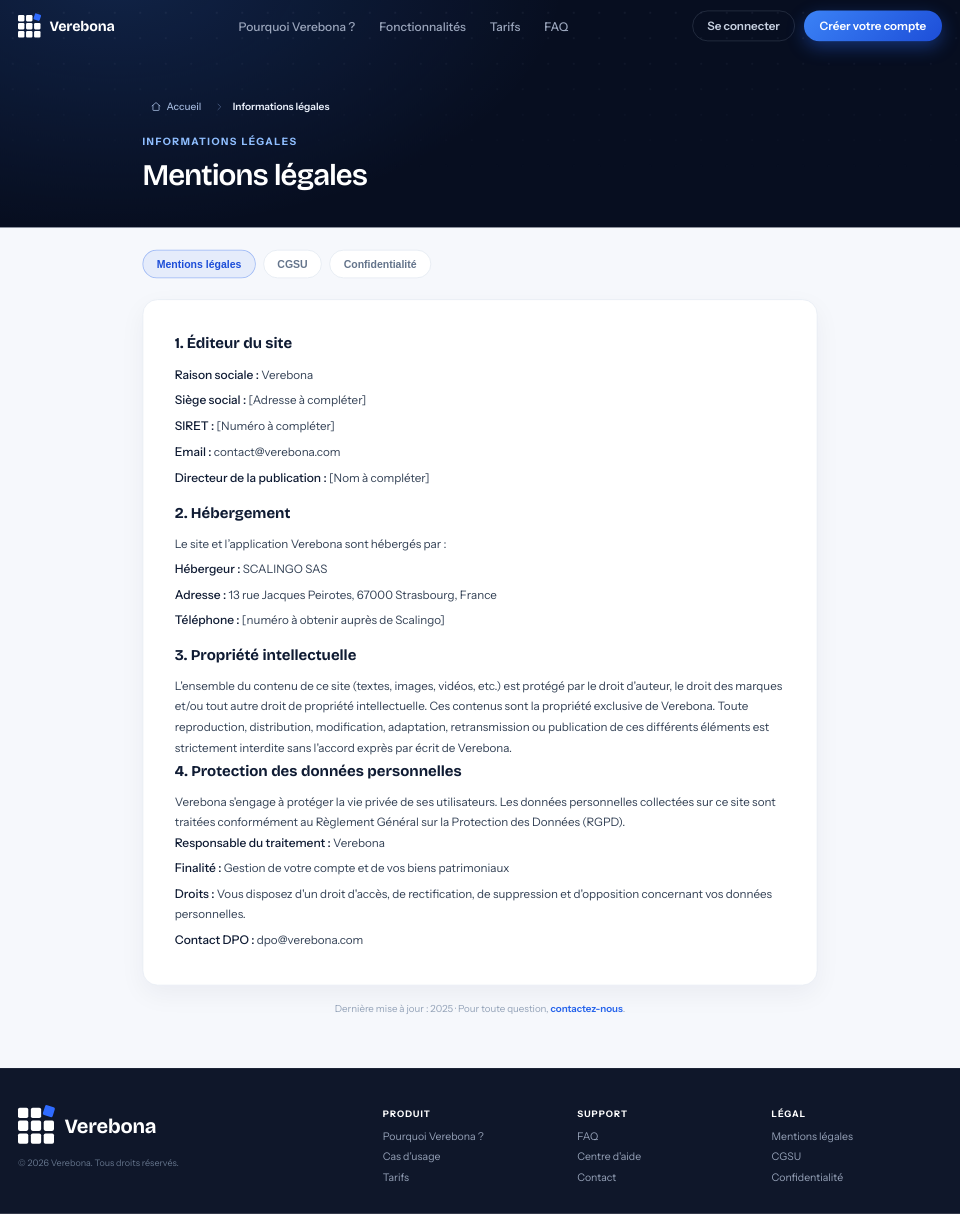
Repository: AdminVerebona/verebona-public
Page: /mentions-legales
An editor plug-in stored every save of this project. The page is shown before and after the next save, followed by the edit.
The browser window is 1280 px wide. The pictures show the whole page, at 75% of full size.
The project was rebuilt for these pictures with package versions that can differ from the ones it lists, and the page was loaded fresh each time. Also part of the build but not shown: next.config.mjs, vite.config.js, vite.config.ts, src/composables/useLanding.ts, src/sections/HeroSection.vue, src/sections/WhySection.vue, src/sections/UseCasesSection.vue, src/sections/FeaturesSection.vue and 6 more.

Above is the page before, as saved 2026-07-10 15:17:57.

### index.html
<!doctype html>
<html lang="fr">
  <head>
    <meta charset="UTF-8" />
    <meta name="viewport" content="width=device-width, initial-scale=1.0" />
    <title>Verebona — Centralisez, organisez, valorisez vos biens</title>
    <meta
      name="description"
      content="Verebona centralise vos biens, documents et échéances pour les retrouver facilement, anticiper les dates importantes et valoriser vos biens le moment venu."
    />
  </head>
  <body>
    <div id="app"></div>
    <script type="module" src="/src/main.ts"></script>
  </body>
</html>

### src/main.ts
import { createApp } from 'vue'
import App from './App.vue'
import router from './router'
import { vHover } from './directives/hover'
import './style.css'

createApp(App)
  .use(router)
  .directive('hover', vHover)
  .mount('#app')

### src/App.vue
<template>
  <div style="background:#070E20;color:#EAF0FB;overflow-x:hidden;min-height:100vh">
    <AppHeader />
    <router-view />
    <AppFooter />
  </div>
</template>

<script setup lang="ts">
import { onMounted, watch, nextTick } from 'vue'
import { useRoute } from 'vue-router'
import AppHeader from './components/AppHeader.vue'
import AppFooter from './components/AppFooter.vue'
import { useScrollReveal } from './composables/useScrollReveal'

const route = useRoute()
const { scan } = useScrollReveal()

onMounted(() => { scan() })

// Re-scan reveal targets whenever the route (page) changes.
watch(
  () => route.fullPath,
  () => { nextTick(() => setTimeout(scan, 60)) },
)
</script>

### src/router/index.ts
import { createRouter, createWebHistory } from 'vue-router'
import HomeView from '../views/HomeView.vue'

const routes = [
  { path: '/', name: 'home', component: HomeView },
  { path: '/aide', name: 'help', component: () => import('../views/HelpView.vue') },
  { path: '/contact', name: 'contact', component: () => import('../views/ContactView.vue') },
  { path: '/mentions-legales', name: 'legal-mentions', component: () => import('../views/LegalView.vue') },
  { path: '/cgu', name: 'legal-cgu', component: () => import('../views/LegalView.vue') },
  { path: '/confidentialite', name: 'legal-confid', component: () => import('../views/LegalView.vue') },
  { path: '/:pathMatch(.*)*', name: 'not-found', component: () => import('../views/NotFoundView.vue') },
]

const router = createRouter({
  history: createWebHistory(),
  routes,
  scrollBehavior(to) {
    if (to.hash) return { el: to.hash, behavior: 'smooth' }
    return { top: 0 }
  },
})

export default router

### src/directives/hover.ts
import type { Directive } from 'vue'

/**
 * v-hover — applies a set of inline styles while the pointer is over the
 * element, and restores the previous values on leave. Reproduces the
 * `style-hover` behaviour of the design prototype.
 *
 * Usage:  <a v-hover="{ color: '#fff', transform: 'translateY(-1px)' }">
 */
type HoverStyles = Record<string, string>

interface HoverEl extends HTMLElement {
  __hoverEnter?: () => void
  __hoverLeave?: () => void
}

export const vHover: Directive<HoverEl, HoverStyles> = {
  mounted(el, binding) {
    const styles = binding.value || {}
    const original: HoverStyles = {}

    const enter = () => {
      for (const key in styles) {
        original[key] = (el.style as any)[key]
        ;(el.style as any)[key] = styles[key]
      }
    }
    const leave = () => {
      for (const key in styles) {
        ;(el.style as any)[key] = original[key] || ''
      }
    }

    el.__hoverEnter = enter
    el.__hoverLeave = leave
    el.addEventListener('mouseenter', enter)
    el.addEventListener('mouseleave', leave)
  },
  unmounted(el) {
    if (el.__hoverEnter) el.removeEventListener('mouseenter', el.__hoverEnter)
    if (el.__hoverLeave) el.removeEventListener('mouseleave', el.__hoverLeave)
  },
}

### src/composables/useScrollReveal.ts
/**
 * Scroll-reveal: adds `.vb-in` to `.vb-reveal` / `.vb-rgroup` elements as they
 * enter the viewport (staggering the children of a group). Ported from the
 * prototype's IntersectionObserver logic. Honours prefers-reduced-motion and
 * has a safety timeout so content is never left hidden.
 */
let io: IntersectionObserver | null = null

const reduce =
  typeof window !== 'undefined' &&
  !!window.matchMedia &&
  window.matchMedia('(prefers-reduced-motion: reduce)').matches

if (!reduce && typeof document !== 'undefined') {
  document.documentElement.classList.add('vb-anim')
}

function revealAll() {
  document.querySelectorAll('.vb-reveal').forEach((e) => e.classList.add('vb-in'))
  document.querySelectorAll('.vb-rgroup > *').forEach((e) => e.classList.add('vb-in'))
}

function ensureObserver() {
  if (io || reduce || typeof window === 'undefined' || !('IntersectionObserver' in window)) return
  io = new IntersectionObserver(
    (entries) => {
      entries.forEach((entry) => {
        if (!entry.isIntersecting) return
        const el = entry.target as HTMLElement
        io!.unobserve(el)
        if (el.classList.contains('vb-rgroup')) {
          Array.from(el.children).forEach((c, i) => {
            ;(c as HTMLElement).style.transitionDelay = i * 90 + 'ms'
            c.classList.add('vb-in')
          })
        } else {
          el.classList.add('vb-in')
        }
      })
    },
    { threshold: 0.12, rootMargin: '0px 0px -8% 0px' },
  )
}

export function useScrollReveal() {
  function scan() {
    if (reduce || typeof window === 'undefined' || !('IntersectionObserver' in window)) {
      revealAll()
      return
    }
    ensureObserver()
    document.querySelectorAll('.vb-reveal, .vb-rgroup').forEach((el) => io!.observe(el))
    // Safety net: never leave content hidden.
    window.setTimeout(revealAll, 2200)
  }
  return { scan }
}

### src/views/LegalView.vue
<template>
<section style="position:relative;padding:128px 24px 48px;overflow:hidden;background:radial-gradient(1000px 560px at 12% -10%,rgba(59,130,246,.18),transparent 60%),#070E20">
  <div style="position:absolute;inset:0;background-image:radial-gradient(rgba(148,163,184,.09) 1px,transparent 1px);background-size:34px 34px;-webkit-mask-image:linear-gradient(to bottom,#000,transparent 85%);mask-image:linear-gradient(to bottom,#000,transparent 85%);pointer-events:none"></div>
  <div style="max-width:900px;margin:0 auto;position:relative">
    <nav aria-label="Fil d'Ariane" style="margin-bottom:24px"><ol style="display:flex;align-items:center;gap:6px;list-style:none;margin:0;padding:0;font-size:13.5px"><li style="display:flex;align-items:center"><a href="#" @click.prevent="goHome" style="display:inline-flex;align-items:center;gap:7px;color:#9FB4D8;font-weight:500;padding:6px 11px;border-radius:9px;cursor:pointer;transition:color .15s,background .15s" v-hover="{color:'#fff',background:'rgba(255,255,255,.06)'}"><svg width="14" height="14" viewBox="0 0 24 24" fill="none" stroke="currentColor" stroke-width="1.9" stroke-linecap="round" stroke-linejoin="round"><path d="M3 10.5 12 3l9 7.5"/><path d="M5 9.5V20a1 1 0 0 0 1 1h12a1 1 0 0 0 1-1V9.5"/></svg>Accueil</a></li><li aria-hidden="true" style="display:flex;color:#42557A"><svg width="15" height="15" viewBox="0 0 24 24" fill="none" stroke="currentColor" stroke-width="2" stroke-linecap="round" stroke-linejoin="round"><path d="M9 6l6 6-6 6"/></svg></li><li aria-current="page" style="color:#EAF0FB;font-weight:600;padding:6px 4px">{{ crumbLabel }}</li></ol></nav>
    <div style="font-size:13.5px;letter-spacing:.15em;text-transform:uppercase;font-weight:800;color:#8FBEFF;margin-bottom:16px">Informations légales</div>
    <h1 style="font-size:40px;line-height:1.08;font-weight:600;letter-spacing:-.025em;color:#fff">{{ legalTitle }}</h1>
  </div>
</section>
<section style="background:#F6F8FC;padding:30px 24px 72px">
  <div style="max-width:900px;margin:0 auto">
    <div style="display:flex;flex-wrap:wrap;gap:10px;margin-bottom:28px">
      <button type="button" :style="legalMentionsStyle" @click.prevent="goMentions">Mentions légales</button>
      <button type="button" :style="legalCGUStyle" @click.prevent="goCGU">CGSU</button>
      <button type="button" :style="legalConfidStyle" @click.prevent="goConfid">Confidentialité</button>
    </div>
    <div style="background:#fff;border:1px solid #E6EBF3;border-radius:20px;padding:40px 42px;box-shadow:0 12px 34px rgba(15,27,51,.05)">
      <template v-if="isMentions">
        <div style="font-size:15.5px;line-height:1.75;color:#334155">
          <h2 style="font-size:20px;font-weight:700;color:#0F1B33;font-family:'Bricolage Grotesque',sans-serif;margin:0 0 10px">1. Éditeur du site</h2>
          <p style="margin:0 0 6px"><span style="font-size:16px;font-weight:500;color:#0F1B33">Raison sociale :</span> Verebona</p>
          <p style="margin:0 0 6px"><span style="font-size:16px;font-weight:500;color:#0F1B33">Siège social :</span> [Adresse à compléter]</p>
          <p style="margin:0 0 6px"><span style="font-size:16px;font-weight:500;color:#0F1B33">SIRET :</span> [Numéro à compléter]</p>
          <p style="margin:0 0 6px"><span style="font-size:16px;font-weight:500;color:#0F1B33">Email :</span> contact@verebona.com</p>
          <p style="margin:0 0 16px"><span style="font-size:16px;font-weight:500;color:#0F1B33">Directeur de la publication :</span> [Nom à compléter]</p>
          <h2 style="font-size:20px;font-weight:700;color:#0F1B33;font-family:'Bricolage Grotesque',sans-serif;margin:0 0 10px">2. Hébergement</h2>
          <p style="margin:0 0 6px">Le site et l’application Verebona sont hébergés par : </p>
          <p style="margin:0 0 6px"><span style="font-size:16px;font-weight:500;color:#0F1B33">Hébergeur :</span> SCALINGO SAS</p>
          <p style="margin:0 0 6px"><span style="font-size:16px;font-weight:500;color:#0F1B33">Adresse :</span> 13 rue Jacques Peirotes, 67000 Strasbourg, France</p>
          <p style="margin:0 0 16px"><span style="font-size:16px;font-weight:500;color:#0F1B33">Téléphone :</span> [numéro à obtenir auprès de Scalingo]</p>
          <h2 style="font-size:20px;font-weight:700;color:#0F1B33;font-family:'Bricolage Grotesque',sans-serif;margin:0 0 10px">3. Propriété intellectuelle</h2>
          <p style="margin:0">L'ensemble du contenu de ce site (textes, images, vidéos, etc.) est protégé par le droit d'auteur, le droit des marques et/ou tout autre droit de propriété intellectuelle. Ces contenus sont la propriété exclusive de Verebona. Toute reproduction, distribution, modification, adaptation, retransmission ou publication de ces différents éléments est strictement interdite sans l'accord exprès par écrit de Verebona.</p>
          <h2 style="font-size:20px;font-weight:700;color:#0F1B33;font-family:'Bricolage Grotesque',sans-serif;margin:0 0 10px">4. Protection des données personnelles</h2>
          <p style="margin:0">Verebona s'engage à protéger la vie privée de ses utilisateurs. Les données personnelles collectées sur ce site sont traitées conformément au Règlement Général sur la Protection des Données (RGPD).</p>
          <p style="margin:0 0 6px"><span style="font-size:16px;font-weight:500;color:#0F1B33">Responsable du traitement :</span> Verebona</p>
          <p style="margin:0 0 6px"><span style="font-size:16px;font-weight:500;color:#0F1B33">Finalité  :</span> Gestion de votre compte et de vos biens patrimoniaux</p>
          <p style="margin:0 0 6px"><span style="font-size:16px;font-weight:500;color:#0F1B33">Droits  :</span> Vous disposez d'un droit d'accès, de rectification, de suppression et d'opposition concernant vos données personnelles.</p>
          <p style="margin:0 0 6px"><span style="font-size:16px;font-weight:500;color:#0F1B33">Contact DPO :</span> dpo@verebona.com</p>
        </div>
      </template>
      <template v-if="isCGU">
        <div style="font-size:15.5px;line-height:1.75;color:#334155">
          <h2 style="font-size:20px;font-weight:700;color:#0F1B33;font-family:'Bricolage Grotesque',sans-serif;margin:0 0 10px">1. Objet</h2>
          <p style="margin:0 0 22px">Les présentes conditions générales de service et d'utilisation (CGSU) définissent les modalités d'accès et d'utilisation de la plateforme Verebona, service de centralisation et d'organisation documentaire du patrimoine.</p>
          <h2 style="font-size:20px;font-weight:700;color:#0F1B33;font-family:'Bricolage Grotesque',sans-serif;margin:0 0 10px">2. Compte et abonnement</h2>
          <p style="margin:0 0 22px">L'accès au service nécessite la création d'un compte et la souscription d'une offre. L'utilisateur s'engage à fournir des informations exactes et à préserver la confidentialité de ses identifiants.</p>
          <h2 style="font-size:20px;font-weight:700;color:#0F1B33;font-family:'Bricolage Grotesque',sans-serif;margin:0 0 10px">3. Nature du service</h2>
          <p style="margin:0 0 22px">Verebona est une plateforme d'organisation. Les documents importés ne sont ni certifiés, ni validés, ni garantis juridiquement. L'utilisateur reste seul responsable de l'exactitude des informations qu'il enregistre.</p>
          <h2 style="font-size:20px;font-weight:700;color:#0F1B33;font-family:'Bricolage Grotesque',sans-serif;margin:0 0 10px">4. Responsabilités</h2>
          <p style="margin:0 0 22px">Verebona met en œuvre les moyens raisonnables pour assurer la disponibilité et la sécurité du service, sans obligation de résultat concernant une disponibilité ininterrompue.</p>
          <h2 style="font-size:20px;font-weight:700;color:#0F1B33;font-family:'Bricolage Grotesque',sans-serif;margin:0 0 10px">5. Résiliation</h2>
          <p style="margin:0">L'utilisateur peut résilier son abonnement à tout moment. Des modalités de récupération des données sont prévues afin d'éviter tout verrouillage à la fin du contrat.</p>
        </div>
      </template>
      <template v-if="isConfid">
        <div style="font-size:15.5px;line-height:1.75;color:#334155">
          <h2 style="font-size:20px;font-weight:700;color:#0F1B33;font-family:'Bricolage Grotesque',sans-serif;margin:0 0 10px">Données collectées</h2>
          <p style="margin:0 0 22px">Verebona collecte les données nécessaires au fonctionnement du service : informations de compte, contenus importés (fiches de biens, documents) et données d'usage strictement utiles à l'amélioration du service.</p>
          <h2 style="font-size:20px;font-weight:700;color:#0F1B33;font-family:'Bricolage Grotesque',sans-serif;margin:0 0 10px">Finalités</h2>
          <p style="margin:0 0 22px">Les données sont traitées pour fournir le service, assurer la sécurité, et répondre aux obligations légales. Elles ne sont jamais cédées à des tiers à des fins commerciales.</p>
          <h2 style="font-size:20px;font-weight:700;color:#0F1B33;font-family:'Bricolage Grotesque',sans-serif;margin:0 0 10px">Sécurité</h2>
          <p style="margin:0 0 22px">Vos données sont chiffrées lors du stockage et des échanges, et hébergées sur une infrastructure sécurisée au sein de l'Union européenne.</p>
          <h2 style="font-size:20px;font-weight:700;color:#0F1B33;font-family:'Bricolage Grotesque',sans-serif;margin:0 0 10px">Vos droits</h2>
          <p style="margin:0">Conformément au RGPD, vous disposez d'un droit d'accès, de rectification, de portabilité et de suppression de vos données. Pour exercer ces droits, écrivez à contact@verebona.com.</p>
        </div>
      </template>
    </div>
    <p style="font-size:13px;color:#94A3B8;margin-top:22px;text-align:center">Dernière mise à jour : 2025 · Pour toute question, <a href="#" @click.prevent="goContact" style="color:#2563EB;font-weight:600">contactez-nous</a>.</p>
  </div>
</section>
</template>

<script setup lang="ts">
import { useLegal } from '../composables/useLegal'
import { useNav } from '../composables/useNav'
const { isMentions, isCGU, isConfid, legalTitle, legalMentionsStyle, legalCGUStyle, legalConfidStyle, crumbLabel } = useLegal()
const { goHome, goContact, goMentions, goCGU, goConfid } = useNav()
</script>

### src/composables/useNav.ts
import { ref, computed, nextTick } from 'vue'
import { useRouter, useRoute } from 'vue-router'

// Shared across header + footer + mobile menu.
const menuOpen = ref(false)

/**
 * useNav — header/footer navigation. Page links use vue-router; the four
 * in-page section links (Pourquoi / Fonctionnalités / Tarifs / FAQ) route to
 * home first if needed, then smooth-scroll to the anchor.
 */
export function useNav() {
  const router = useRouter()
  const route = useRoute()

  const toggleMenu = () => { menuOpen.value = !menuOpen.value }
  const closeMenu = () => { menuOpen.value = false }

  function scrollToId(id: string) {
    const el = document.getElementById(id)
    if (el && el.scrollIntoView) {
      try { el.scrollIntoView({ behavior: 'smooth', block: 'start' }) } catch { /* noop */ }
    }
  }
  function goToAnchor(id: string) {
    closeMenu()
    if (route.path !== '/') {
      router.push('/').then(() => nextTick(() => setTimeout(() => scrollToId(id), 80)))
    } else {
      scrollToId(id)
    }
  }

  const goHome = () => { closeMenu(); router.push('/') }
  const goAide = () => { closeMenu(); router.push('/aide') }
  const goContact = () => { closeMenu(); router.push('/contact') }
  const goMentions = () => { closeMenu(); router.push('/mentions-legales') }
  const goCGU = () => { closeMenu(); router.push('/cgu') }
  const goConfid = () => { closeMenu(); router.push('/confidentialite') }

  const navPourquoi = () => goToAnchor('pourquoi')
  const navFeatures = () => goToAnchor('features')
  const navPricing = () => goToAnchor('pricing')
  const navFaq = () => goToAnchor('faq')
  const navCasUsage = () => goToAnchor('cas-usage')

  const burgerBase = 'display:block;width:20px;height:2px;border-radius:2px;background:#fff;transition:transform .25s,opacity .25s;'
  const burgerTop = computed(() => burgerBase + 'transform:' + (menuOpen.value ? 'translateY(6px) rotate(45deg)' : 'none'))
  const burgerMid = computed(() => burgerBase + 'opacity:' + (menuOpen.value ? '0' : '1'))
  const burgerBot = computed(() => burgerBase + 'transform:' + (menuOpen.value ? 'translateY(-6px) rotate(-45deg)' : 'none'))

  return {
    menuOpen, toggleMenu, closeMenu,
    goHome, goAide, goContact, goMentions, goCGU, goConfid,
    navPourquoi, navFeatures, navPricing, navFaq, navCasUsage,
    burgerTop, burgerMid, burgerBot,
  }
}

### src/composables/useLegal.ts
import { computed } from 'vue'
import { useRoute } from 'vue-router'

/**
 * Legal page — a single view with three tabs (mentions / cgu / confid),
 * each mapped to its own route so they are independently linkable & indexable:
 *   /mentions-legales   /cgu   /confidentialite
 */
export function useLegal() {
  const route = useRoute()

  const tab = computed<'mentions' | 'cgu' | 'confid'>(() => {
    if (route.path.includes('cgu')) return 'cgu'
    if (route.path.includes('confidentialite')) return 'confid'
    return 'mentions'
  })

  const isMentions = computed(() => tab.value === 'mentions')
  const isCGU = computed(() => tab.value === 'cgu')
  const isConfid = computed(() => tab.value === 'confid')

  const legalTitle = computed(() =>
    tab.value === 'cgu'
      ? "Conditions générales de service et d'utilisation"
      : tab.value === 'confid'
        ? 'Politique de confidentialité'
        : 'Mentions légales',
  )

  const tabStyle = (a: boolean) =>
    `padding:10px 18px;border-radius:999px;font-size:14px;font-weight:600;cursor:pointer;border:1px solid ${a ? 'rgba(37,99,235,.4)' : '#E2E8F0'};background:${a ? 'rgba(37,99,235,.08)' : '#fff'};color:${a ? '#1D4ED8' : '#64748B'};transition:all .15s`

  const legalMentionsStyle = computed(() => tabStyle(isMentions.value))
  const legalCGUStyle = computed(() => tabStyle(isCGU.value))
  const legalConfidStyle = computed(() => tabStyle(isConfid.value))

  return {
    isMentions, isCGU, isConfid, legalTitle,
    legalMentionsStyle, legalCGUStyle, legalConfidStyle,
    crumbLabel: 'Informations légales',
  }
}

Loaded but not shown: src/components/AppHeader.vue (68 lines, source omitted); src/components/AppFooter.vue (21 lines, source omitted); src/style.css (59 lines, source omitted)

After the next save:
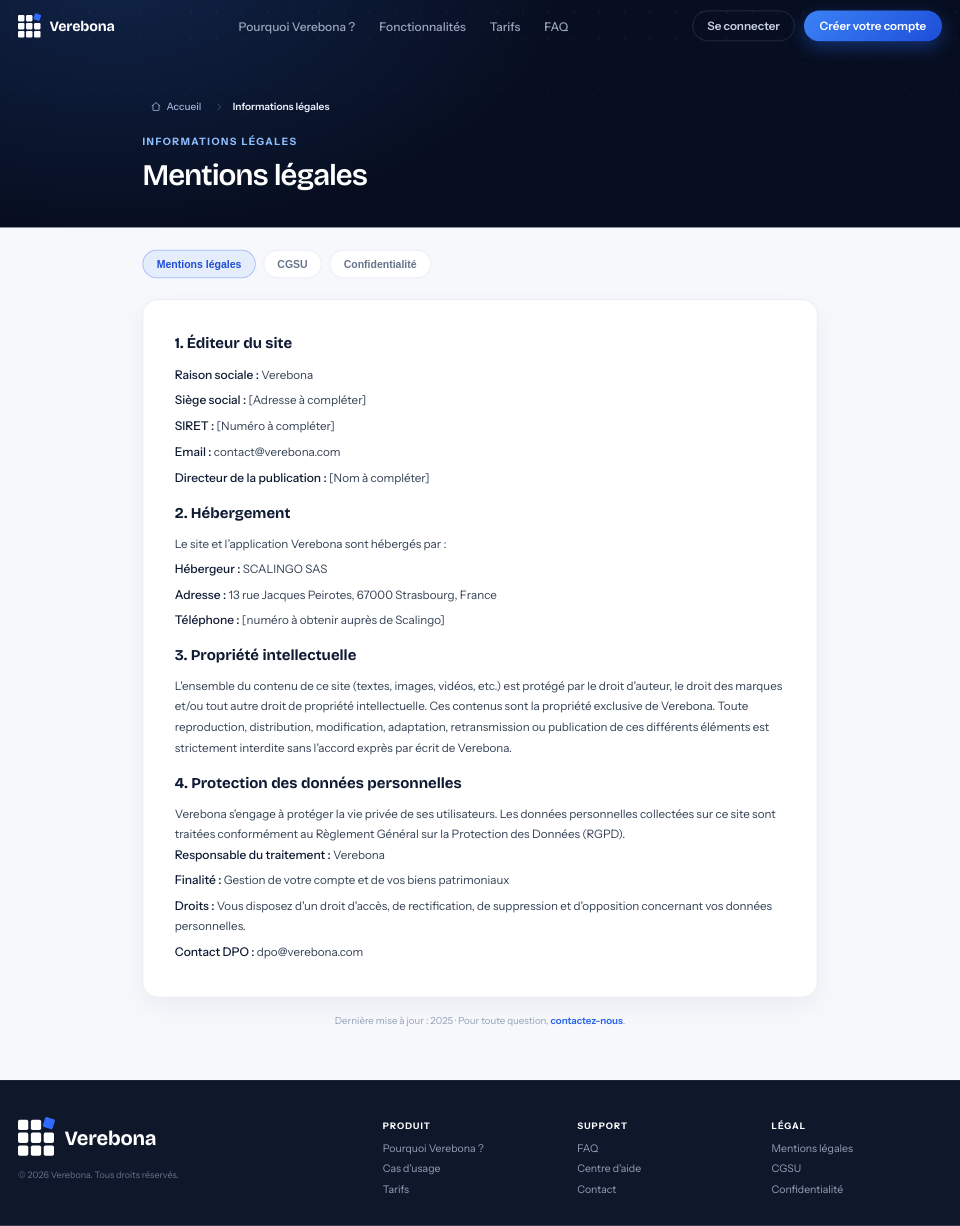
Saved 25 s later.
--- a/src/views/LegalView.vue
+++ b/src/views/LegalView.vue
@@ -29,7 +29,7 @@
           <p style="margin:0 0 6px"><span style="font-size:16px;font-weight:500;color:#0F1B33">Adresse :</span> 13 rue Jacques Peirotes, 67000 Strasbourg, France</p>
           <p style="margin:0 0 16px"><span style="font-size:16px;font-weight:500;color:#0F1B33">Téléphone :</span> [numéro à obtenir auprès de Scalingo]</p>
           <h2 style="font-size:20px;font-weight:700;color:#0F1B33;font-family:'Bricolage Grotesque',sans-serif;margin:0 0 10px">3. Propriété intellectuelle</h2>
-          <p style="margin:0">L'ensemble du contenu de ce site (textes, images, vidéos, etc.) est protégé par le droit d'auteur, le droit des marques et/ou tout autre droit de propriété intellectuelle. Ces contenus sont la propriété exclusive de Verebona. Toute reproduction, distribution, modification, adaptation, retransmission ou publication de ces différents éléments est strictement interdite sans l'accord exprès par écrit de Verebona.</p>
+          <p style="margin:0 0 16px">L'ensemble du contenu de ce site (textes, images, vidéos, etc.) est protégé par le droit d'auteur, le droit des marques et/ou tout autre droit de propriété intellectuelle. Ces contenus sont la propriété exclusive de Verebona. Toute reproduction, distribution, modification, adaptation, retransmission ou publication de ces différents éléments est strictement interdite sans l'accord exprès par écrit de Verebona.</p>
           <h2 style="font-size:20px;font-weight:700;color:#0F1B33;font-family:'Bricolage Grotesque',sans-serif;margin:0 0 10px">4. Protection des données personnelles</h2>
           <p style="margin:0">Verebona s'engage à protéger la vie privée de ses utilisateurs. Les données personnelles collectées sur ce site sont traitées conformément au Règlement Général sur la Protection des Données (RGPD).</p>
           <p style="margin:0 0 6px"><span style="font-size:16px;font-weight:500;color:#0F1B33">Responsable du traitement :</span> Verebona</p>
